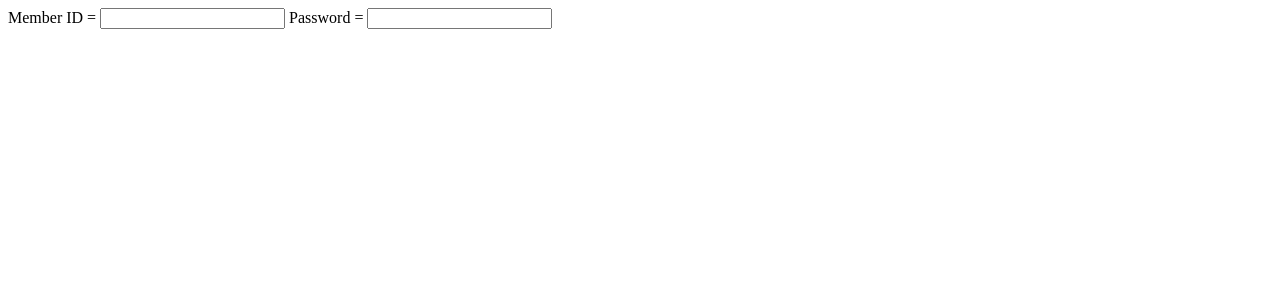
Repository: aiueo20/18ca0155
Page: SSP/kadai0302/WebContent/index.html
These files come from the project's save history. The page is drawn as it stood at one moment and after the next save; the edit follows.
The browser window is 1280 px wide. The pictures show the whole page.

Above is the page before, as saved 2018-12-03 03:00:53.

After the next save:
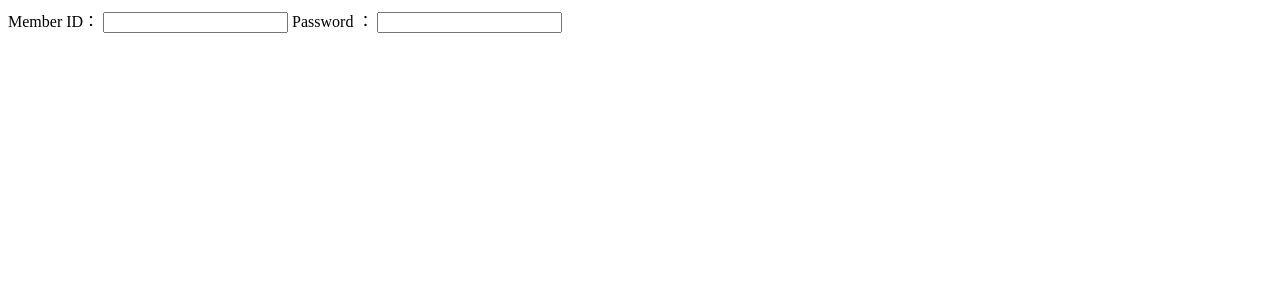
Saved 41 s later.
--- a/SSP/kadai0302/WebContent/index.html
+++ b/SSP/kadai0302/WebContent/index.html
@@ -6,8 +6,8 @@
 </head>
 <body>
 	<form action="" method="get">
-	Member ID = <input type="text"  name = "id">
-	Password = <input type="password"  name="pw">
+	Member ID： <input type="text"  name = "id">
+	Password ： <input type="password"  name="pw">
 	</form>
 </body>
 </html>
